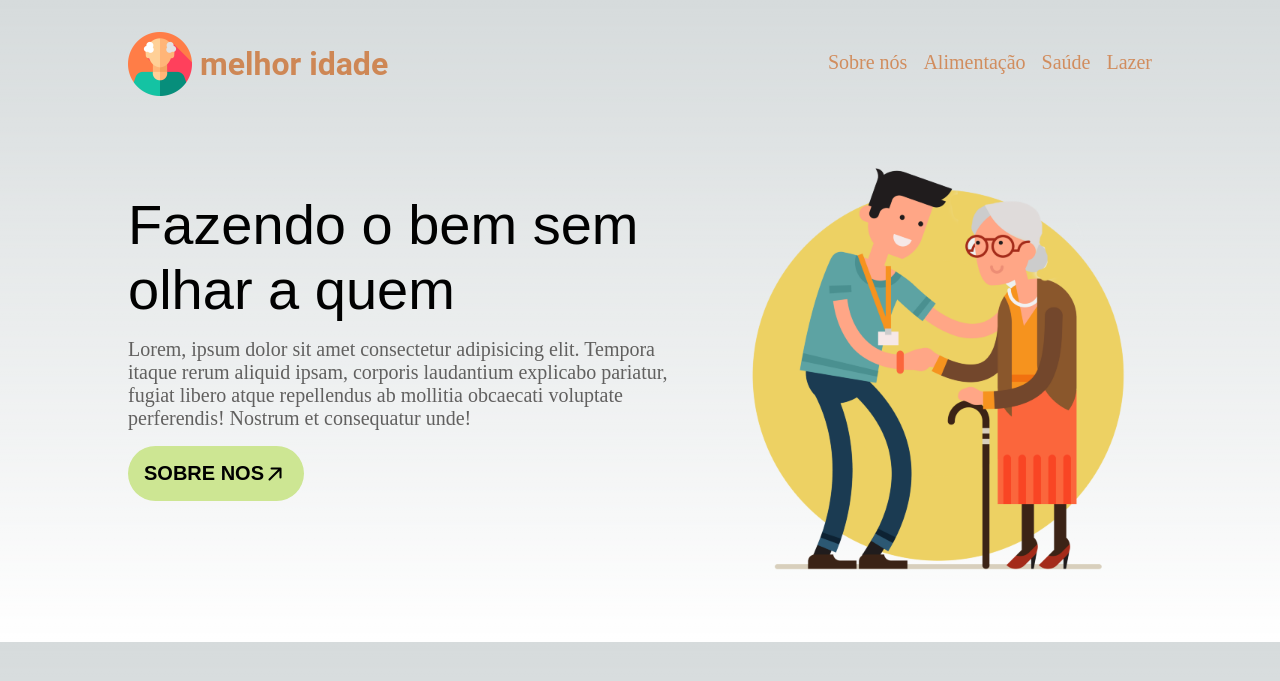
Repository: Giopol12/melhor-idade-online
Page: /index.page
The author's editor kept a copy of each file at every save. The page is drawn from the files as they stood at one save, then again after the next save.
The browser window is 1280 px wide. The pictures show the whole page.
The project was rebuilt for these pictures with package versions that can differ from the ones it lists, and the page was loaded fresh each time. The framework's server and built-in components were replaced by stand-ins that run in the browser. Also part of the build but not shown: next.config.js.

Above is the page before, as saved 2023-11-12 16:22:44.

After the next save:
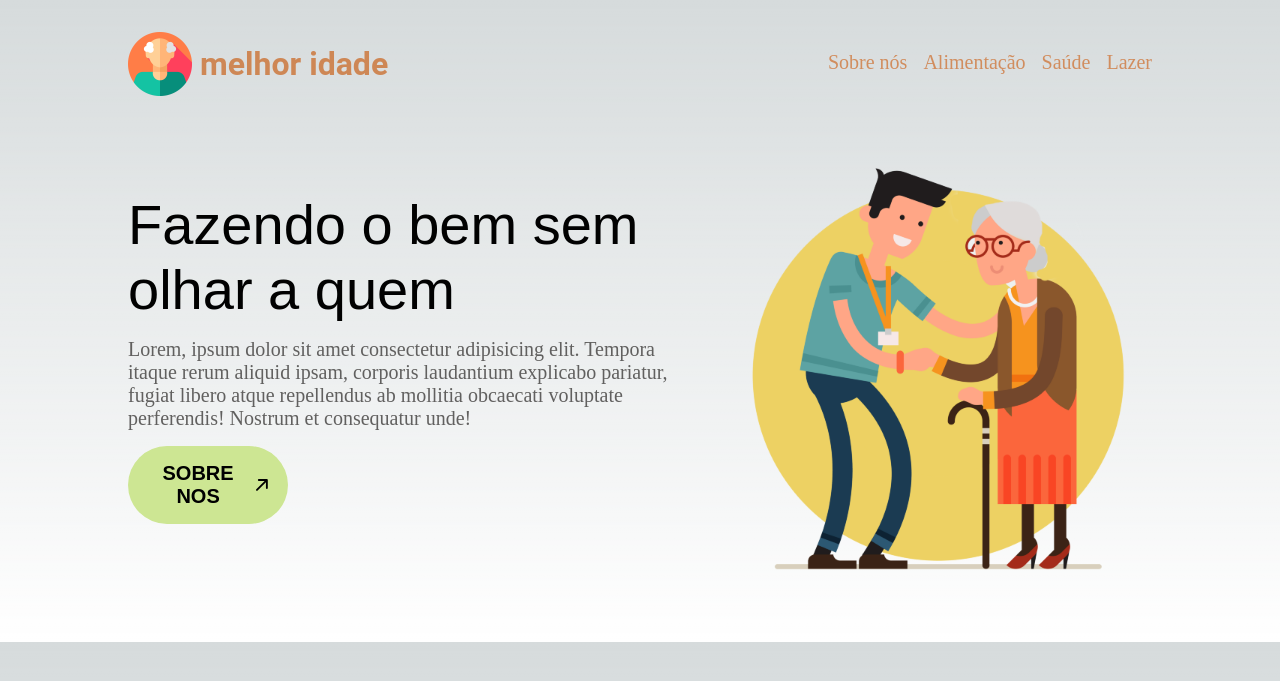
Saved 8 s later.
--- a/src/pages/home/HomeMain/styles.ts
+++ b/src/pages/home/HomeMain/styles.ts
@@ -29,7 +29,7 @@
     alignItems: 'center',
     boxSizing: 'initial',
     fontWeight: 'bold',
-    width: '9rem',
+    width: '8rem',
     fontSize: '$lg',
     background: '$green100',
     border: 0,

After the save that followed:
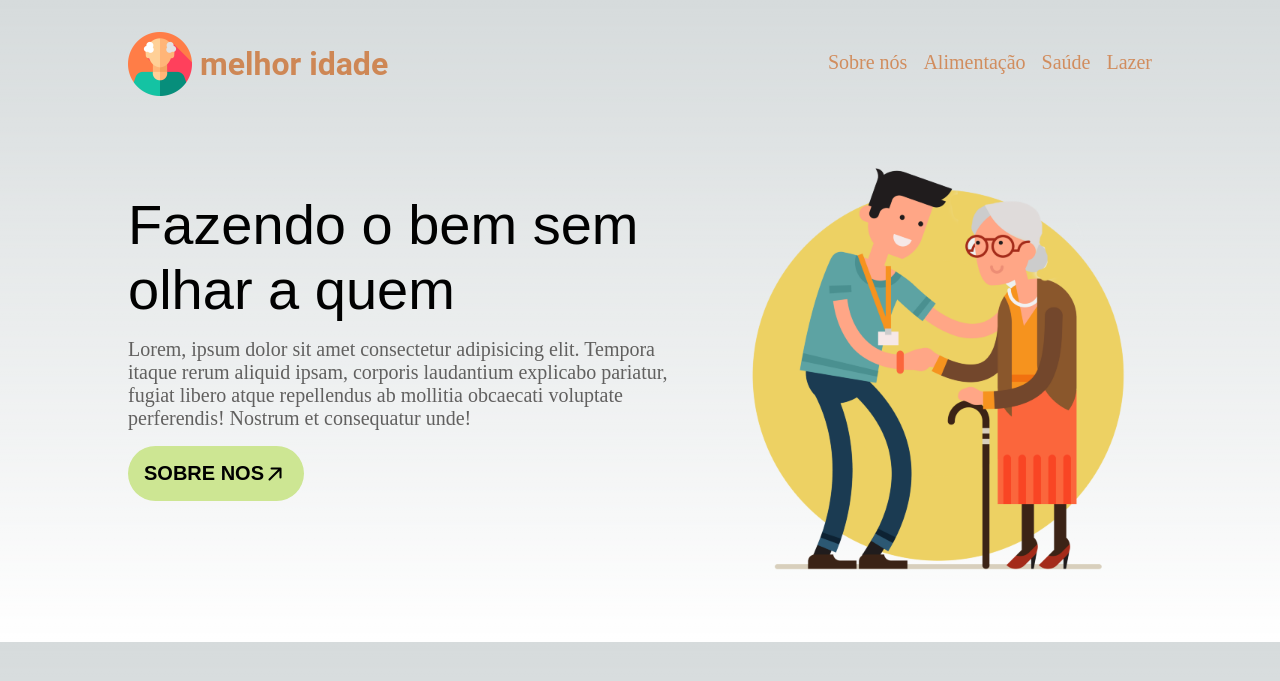
Saved 4 s later.
--- a/src/pages/home/HomeMain/styles.ts
+++ b/src/pages/home/HomeMain/styles.ts
@@ -29,7 +29,7 @@
     alignItems: 'center',
     boxSizing: 'initial',
     fontWeight: 'bold',
-    width: '8rem',
+    width: '9rem',
     fontSize: '$lg',
     background: '$green100',
     border: 0,
